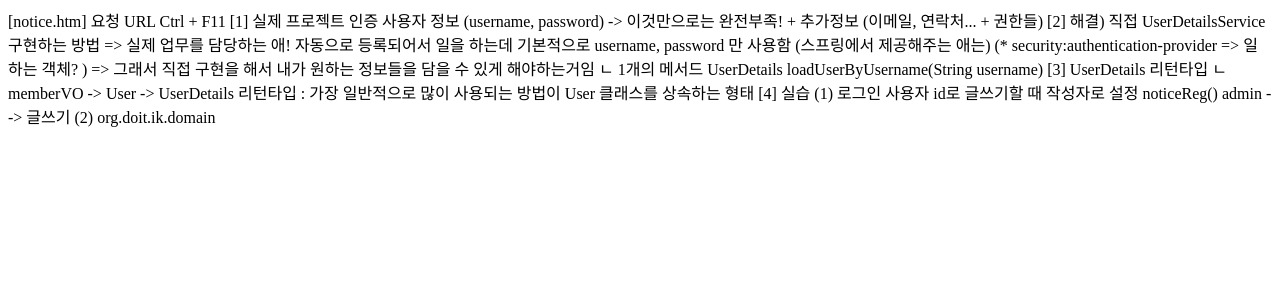
Repository: Vida0822/-
Page: SL11_SECURITY3_USERDETAILSSERVICE/src/main/webapp/customer/notice.htm
The author's editor kept a copy of each file at every save. The page is drawn from the files as they stood at one save, then again after the next save.
The browser window is 1280 px wide. The pictures show the whole page.

Above is the page before, as saved 2023-07-05 02:20:16.

After the next save:
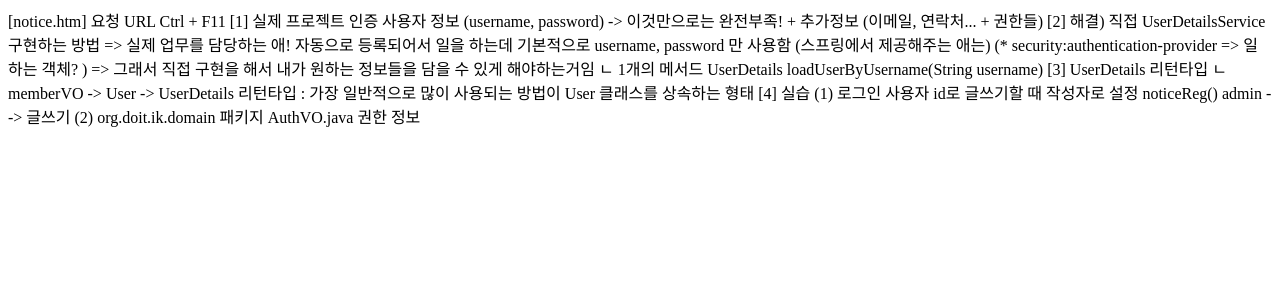
Saved 50 s later.
--- a/SL11_SECURITY3_USERDETAILSSERVICE/src/main/webapp/customer/notice.htm
+++ b/SL11_SECURITY3_USERDETAILSSERVICE/src/main/webapp/customer/notice.htm
@@ -21,4 +21,5 @@ Ctrl + F11
 	(1)  로그인 사용자 id로 글쓰기할 때 작성자로 설정
 	noticeReg()		admin --> 글쓰기
 
-	(2) org.doit.ik.domain
+	(2) org.doit.ik.domain 패키지
+		AuthVO.java 권한 정보
